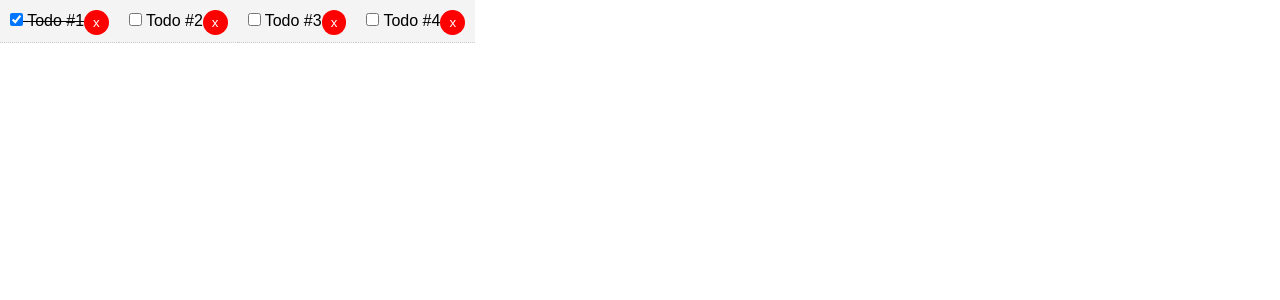
Repository: n0rthern-light/vuejs-taskmanager
Page: /
The author's editor kept a copy of each file at every save. The page is drawn from the files as they stood at one save, then again after the next save.
The browser window is 1280 px wide. The pictures show the whole page.
The project was rebuilt for these pictures with package versions that can differ from the ones it lists, and the page was loaded fresh each time.

Above is the page before, as saved 2019-02-18 15:32:41.

After the next save:
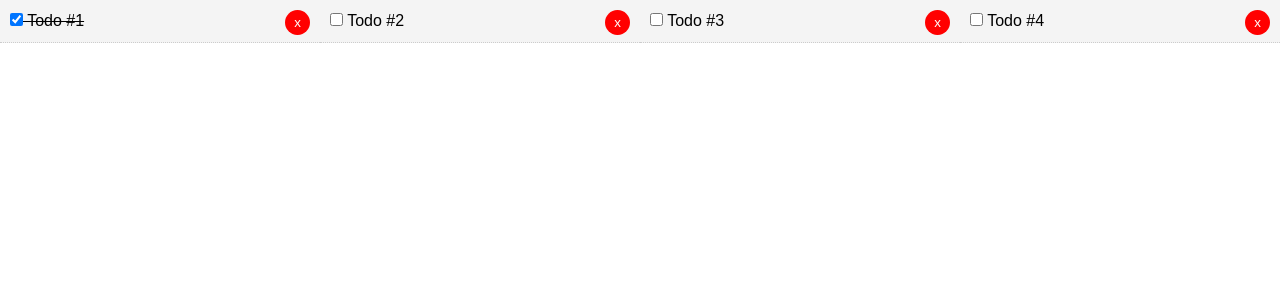
Saved 12 s later.
--- a/src/components/Todos.vue
+++ b/src/components/Todos.vue
@@ -22,4 +22,8 @@ export default {
 .container {
   display: flex;
 }
+
+.container div {
+  flex: 1;
+}
 </style>
